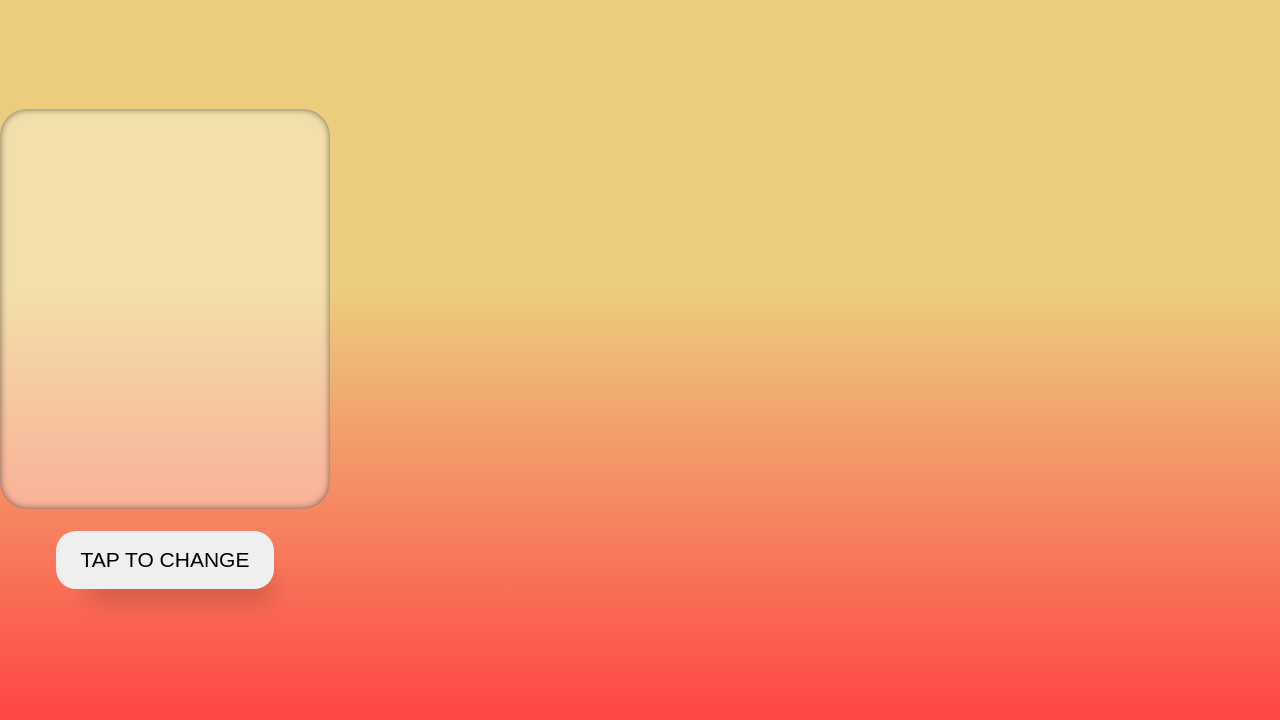
Repository: ThanhThn/profile
Page: index.html
The author's editor kept a copy of each file at every save. The page is drawn from the files as they stood at one save, then again after the next save.
The browser window is 1280 px wide. The pictures show the whole page.
Some web fonts or font styles are not loaded; a fallback is used.

Above is the page before, as saved 2022-12-05 00:10:48.

### index.html
<!DOCTYPE html>
<html lang="en">
<head>
    <meta charset="UTF-8">
    <meta http-equiv="X-UA-Compatible" content="IE=edge">
    <meta name="viewport" content="width=device-width, initial-scale=1.0">
    <title>Document</title>
    <link rel="stylesheet" href="style.css">
</head>
<body>
    <div class="container">
        <div class="content"></div>
        <button class="btn">tap to change</button>
    </div>
</body>
</html>

### style.css
@import url('https://fonts.googleapis.com/css2?family=Kodchasan:wght@700&family=Pacifico&display=swap');
*{
    padding: 0;
    margin: 0;
    box-sizing: border-box;
}

body{
    background:  linear-gradient( to bottom, rgba(223, 172,39,60%) 40%, rgba(255,22,22,80%) 100% );
    width: 100%;
    height: 100vh;
}
.container{
    position: absolute;
    top: 50%;
    transform: translateY(-50%);
    display: flex;
    flex-direction: column;
    align-items: center;
}

.content{
    width: 330px;
    height: 400px;
    background: rgba(255, 255, 255, 35%);
    border-radius: 27px;
    box-shadow: inset 0px 0px 7px rgba(0, 0, 0, 55%);
}

.btn{
    width: 218px;
    height: 58px;
    border-radius: 20px;
    border: none;
    margin: 22px;
    font-family: 'Kodchasan', sans-serif;
    font-size: 21px;
    text-transform: uppercase;
    box-shadow: rgba(0, 0, 0, .2) 15px 28px 25px -18px;
    background-position: 0 90%;
    background-repeat: repeat no-repeat;

}

.btn:hover {
    box-shadow: rgba(0, 0, 0, .3) 2px 8px 8px -5px;
    transform: translate3d(0, 2px, 0);
}


.btn:focus {
  box-shadow: rgba(0, 0, 0, .3) 2px 8px 4px -6px;
}

After the next save:
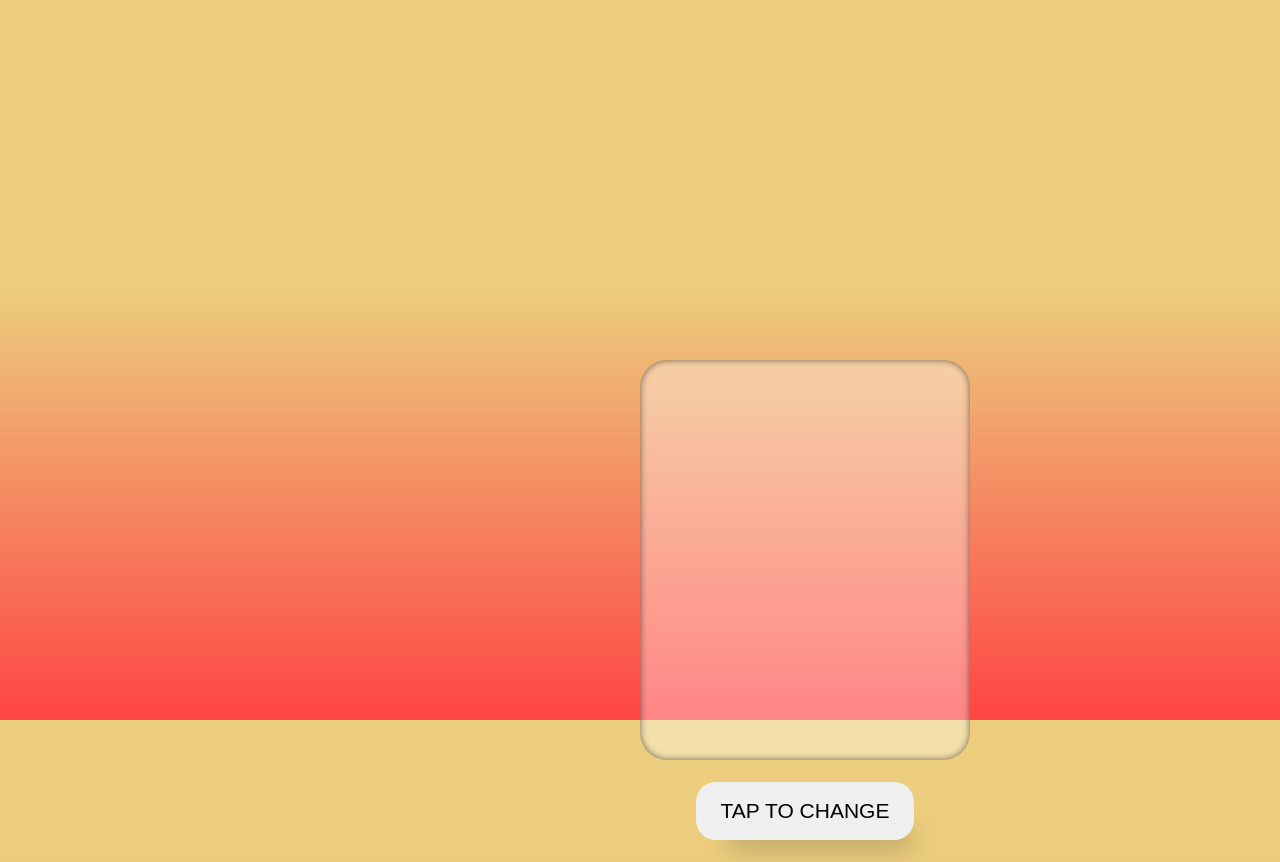
Saved 20 s later.
--- a/style.css
+++ b/style.css
@@ -13,7 +13,8 @@ body{
 .container{
     position: absolute;
     top: 50%;
-    transform: translateY(-50%);
+    left: 50%;
+    transform: translate(-50% -50%);
     display: flex;
     flex-direction: column;
     align-items: center;
